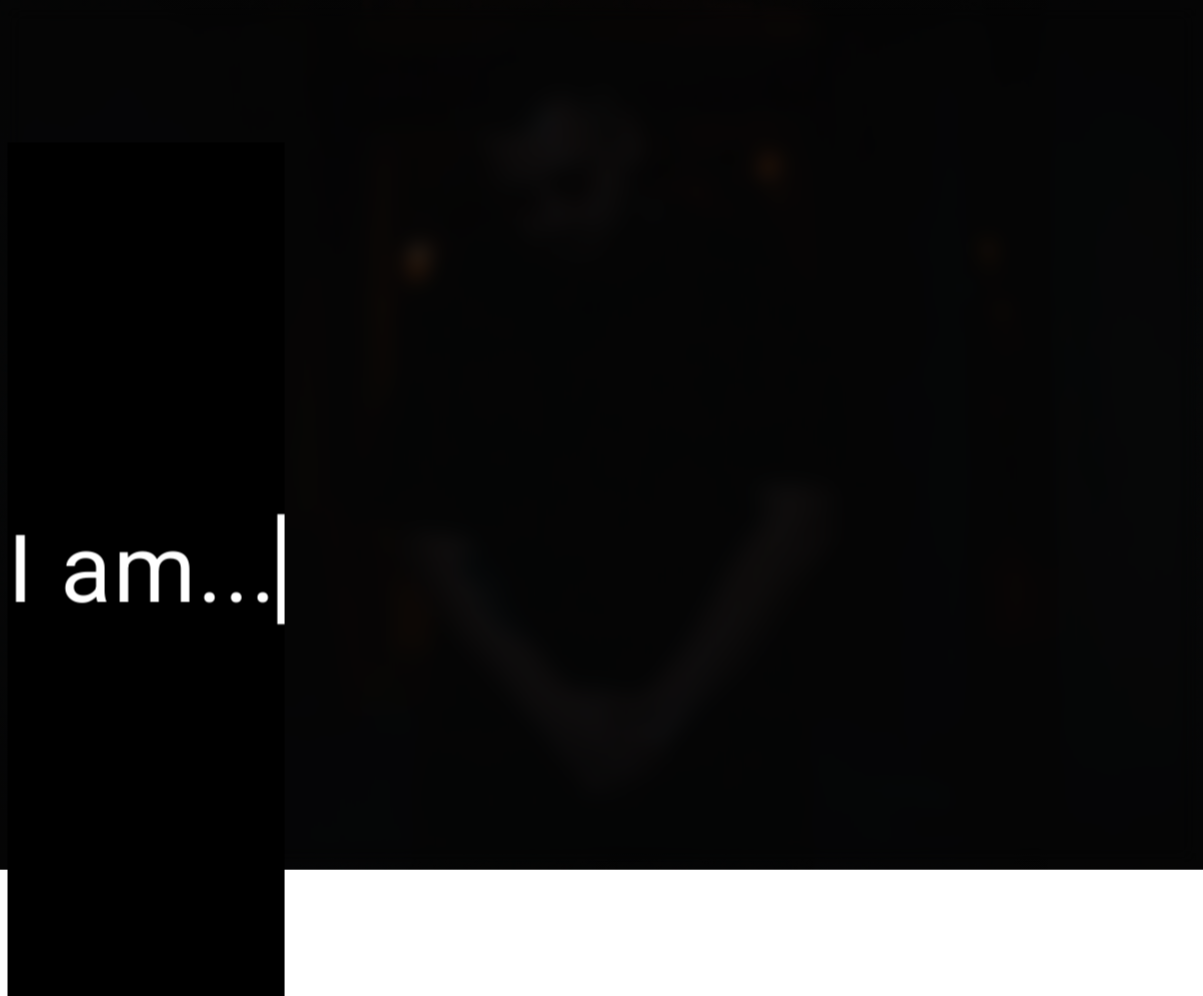
Repository: meywenz/mysite
Page: index.html
An editor plug-in stored every save of this project. The page is shown before and after the next save, followed by the edit.
The browser window is 1280 px wide. The pictures show the whole page, at 94% of full size.

Above is the page before, as saved 2021-04-11 15:46:00.

### index.html
<html lang="en">
<head>
    <link rel="preconnect" href="https://fonts.gstatic.com">
    <link href="https://fonts.googleapis.com/css2?family=Righteous&display=swap" rel="stylesheet">

<meta charset="UTF-8">
<meta name="viewport" content="width=device-width, initial-scale=1.0">
<link rel="stylesheet" href="styles.css">
<!-- <style>
        @import url('https://fonts.googleapis.com/css2?family=Roboto:ital@0;1&display=swap');
        @import url('https://fonts.googleapis.com/css2?family=Righteous&display=swap');
    </style> -->

<script src="typewriter.js"></script>
<title>Meywenz</title>
</head>
<body>
<!--
    <div class="container"> -->
        <!-- <video autoplay loop  class="vid">
            <source src="assets/fire.mov" type="video/mov">
        </video> -->
<!-- Profile picture-->
<img src="assets/image.jpg" alt="profile picture" class="profile-picture">
<!-- Profile name-->

<div class="hi">
    <a href="" class="typewrite" data-period="2000" data-type='[ "Hi.", "I am..."]'>
      <span class="wrap"></span>
    </a>
  </div>

<div class="profile-name">
    <img src="assets/meywenzlogo4.png" alt="Meywenz" class="logo-top">
</div>
<div class="bio">Your new favourite music producer.</div>
<!-- Links-->
<div class = "container_links">
    <div class="spotify"><a href="https://open.spotify.com/artist/48RV6cBeaOZcSaCCM6LlSH" class="links" id="left">SPOTIFY</a></div>
<div class="spotify"><a href="https://www.soundcloud.com/meywenz" class="links" id="right">SOUNDCLOUD</a></div>
<div class="spotify"><a href="https://www.instagram.com/meywenz/" class="links" id="left">INSTAGRAM</a></div>
<div class="spotify"><a href="https://www.facebook.com/meywenzmusic" class="links" id="right">FACEBOOK</a></div>
<div class="spotify"><a href="https://www.tidal.com/browse/artist/10154352" class="links"id="left">TIDAL</a></div>
<div class="spotify"><a href="https://www.music.youtube.com/channel/UCvvyjrYmoi0XRr_djBMh6Aw" class="links"id="right">YOUTUBE MUSIC</a></div>
    </div>
<!-- Logo -->
<div class="bottom-text">Made by <img src="assets/meywenzlogo4.png" alt="Meywenz" class="logo-bottom"> </div>
</div>
</body>
</html>

### styles.css
@import url("https://fonts.googleapis.com/css2?family=Roboto:ital@0;1&display=swap");
@import url("https://fonts.googleapis.com/css2?family=Righteous&display=swap");
* {
  font-family: "Roboto", "Open Sans";
}

body {
  background: linear-gradient(rgba(0, 0, 0, 0.8), rgba(0, 0, 0, 0.8)),
    url("./assets/bgc2.jpg");
  background-position: center top;
  background-size: 100% auto;
  background-repeat: no-repeat;
  backdrop-filter: blur(10px);
  -webkit-backdrop-filter: blur(10px);
  color: #fff;
  font-family: "Roboto", "Open Sans";
  font-size: 15px;
  letter-spacing: 2px;
  color: #fff;
  /* overflow: scroll; */
  background-size: cover;
  animation: fadeInFromNone 1s ease-out both;
  scrollbar-width: none; /* Firefox */
  -ms-overflow-style: none; /* IE 10+ */
}

body::-webkit-scrollbar {
  width: 0px;
  background: transparent; /* Chrome/Safari/Webkit */
}

img {
  border-radius: 50%;
}
.profile-picture {
  display: block;
  margin-left: auto;
  margin-right: auto;
  margin-top: auto;
  height: auto;
  max-width: 150px;
  animation-name: imageY, fadeInFromNone;
  animation-duration: 2s;
  opacity: 0;
  animation-delay: 6s;
  animation-fill-mode: forwards;

  /* opacity: 0;

  animation: fadeIn, imageY 3s;
  animation-delay: s;
  animation-fill-mode: forwards; */
}
.profile-name {
  font-family: "Roboto", sans-serif;
  text-align: center;
  padding: 30px;
  font-size: 1.5rem;
}
.bio {
  text-align: center;
  padding: 30px;
  animation-name: imageY2, fadeInFromNone;
  animation-duration: 3s;
  opacity: 0;
  animation-delay: 8s;
  animation-fill-mode: forwards;
}
/* .container_links{
  animation-name: fadeInFromNone;
  animation-duration: 3s;
  opacity: 0;
  animation-delay: 7s;
  animation-fill-mode: forwards;

} */

.links {
  text-align: center;
  padding: 1.5em 2.5em;
  border: 1px solid rgb(110, 110, 110);
  border-width: 2px;
  width: 25%;
  display: block;
  margin: 20px auto 0;
  border-radius: 15px;
  animation: fadeInFromNone 10s ease-out both;
  overflow-x: hidden;
}

#left {
  animation: linksX 1s ease-out both;
  animation-delay: 9s;
}

#right {
  animation: linksX2 1s ease-out both;
  animation-delay: 9s;
}

.spotify {
  animation: fadeInFromNone 7s;
  opacity: 0;
  animation-delay: 9s;
  animation-fill-mode: forwards;
}
.container_links {
  overflow-x: hidden;
}

a {
  text-decoration: none;
  color: white;
  transition: color 1s;
}

a:hover {
  color: #000;
  background: rgba(255, 255, 255, 0.75);
  box-shadow: 0 8px 32px 0 rgba(80, 80, 80, 0.37);
  backdrop-filter: blur(4px);
  -webkit-backdrop-filter: blur(4px);
}
.links:hover {
  text-align: center;
  padding: 1.5em 2.5em;
  border: 1px solid rgb(255, 255, 255);
  border-width: 2px;

  display: block;
  margin: 20px auto 0;
  border-radius: 15px;
  animation: fadeInFromNone 10s ease-out both;
}
.bottom-text {
  font-family: "Roboto", sans-serif;
  text-align: center;
  padding: 30px;
  font-size: 0.5rem;
  animation-name: imageY, fadeInFromNone;
  animation-duration: 10s;
  opacity: 0;
  animation-delay: 10s;
  animation-fill-mode: forwards;
}
.logo-bottom {
  max-height: 7px;
  border-radius: 5px;
  animation-name: imageY, fadeInFromNone;
  animation-duration: 10s;
  opacity: 0;
  animation-delay: 10s;
  animation-fill-mode: forwards;
}

.logo-top {
  /* padding: 30px; */
  max-height: 25%;
  border-radius: 0px;

  animation-name: imageY2, fadeInFromNone;
  animation-duration: 4s;
  opacity: 0;
  animation-delay: 6s;
  animation-fill-mode: forwards;
}

/* .vid {
  position: absolute;
  left: 50%;
  top: 50%;
  /* The following will size the video to fit the full container. Not necessary, just nice.*/
/* min-width: 100%;
  min-height: 100%;
  -webkit-transform: translate(-50%, -50%);
  -moz-transform: translate(-50%, -50%);
  -ms-transform: translate(-50%, -50%);
  transform: translate(-50%, -50%);
  z-index: 0;
} */

.hi {
  font-family: "Righteous", cursive;
  text-align: center;
  opacity: 1;
  /* color: #fff;
  display: grid
place-items: center */
  /* display: none; Hidden by default */
  position: absolute;
  /* z-index: 100; Sit on top */
  /* padding-top: 100px;
  left: 0px;
  top: 0px;
  width: 100%; /* Full width */
  height: 100%; /* Full height */
  overflow: auto; /* Enable scroll if needed */
  background-color: rgb(0, 0, 0); /* Fallback color */
  /* background-color: rgba(0,0,0,0.4); Black w/ opacity */
  font-size: 100px;
  display: flex;
  justify-content: center;
  align-items: center;
  animation: fadeOutFromFull 1s ease-out both;
  animation-delay: 5s;
}

@keyframes imageY {
  from {
    transform: translateY(20%);
  }
  to {
    transform: translateY(0%);
  }
}

@keyframes imageY2 {
  from {
    transform: translateY(10%);
  }
  to {
    transform: translateY(0%);
  }
}

@keyframes linksX {
  from {
    transform: translateX(100%);
  }
  to {
    transform: translateX(0%);
  }
}
@keyframes linksX2 {
  from {
    transform: translateX(-100%);
  }
  to {
    transform: translateX(0%);
  }
}

@-webkit-keyframes fadeInFromNone {
  0% {
    opacity: 0;
  }

  1% {
    opacity: 0;
  }

  100% {
    opacity: 1;
  }
}

@-moz-keyframes fadeInFromNone {
  0% {
    opacity: 0;
  }

  1% {
    opacity: 0;
  }

  100% {
    opacity: 1;
  }
}

@-o-keyframes fadeInFromNone {
  0% {
    opacity: 0;
  }

  1% {
    opacity: 0;
  }

  100% {
    opacity: 1;
  }
}

@keyframes fadeInFromNone {
  0% {
    opacity: 0;
  }

  1% {
    opacity: 0;
  }

  100% {
    opacity: 1;
  }
}
@-webkit-keyframes fadeOutFromFull {
  0% {
    opacity: 1;
  }

  1% {
    opacity: 1;
  }

  100% {
    opacity: 0;
  }
}

@-moz-keyframes fadeOutFromFull {
  0% {
    opacity: 1;
  }

  1% {
    opacity: 1;
  }

  100% {
    opacity: 0;
  }
}

@-o-keyframes fadeOutFromFull {
  0% {
    opacity: 1;
  }

  1% {
    opacity: 1;
  }

  100% {
    opacity: 0;
  }
}

@keyframes fadeOutFromFull {
  0% {
    opacity: 1;
  }

  1% {
    opacity: 1;
  }

  100% {
    opacity: 0;
  }
}

@keyframes fadeIn {
  from {
    opacity: 0;
  }
  to {
    opacity: 1;
  }
}

@media only screen and (max-width: 599px) {
  .logo-top {
    max-width: 75%;
  }
  .links {
    width: 75%;
  }
}
@media only screen and (min-width: 600px) {
  .links {
    width: 70%;
  }
}
@media only screen and (min-width: 900px) {
  .links {
    width: 50%;
  }
}
@media only screen and (min-width: 1200px) {
  .links {
    width: 25%;
  }
}
@media only screen and (min-width: 1800px) {
  .links {
    width: 25%;
  }
}

### typewriter.js
var TxtType = function (el, toRotate, period) {
  this.toRotate = toRotate;
  this.el = el;
  this.loopNum = 0;
  this.period = parseInt(period, 10) || 2000;
  this.txt = "";
  this.tick();
  this.isDeleting = false;
};

TxtType.prototype.tick = function () {
  var i = this.loopNum % this.toRotate.length;
  var fullTxt = this.toRotate[i];

  if (this.isDeleting) {
    this.txt = fullTxt.substring(0, this.txt.length - 1);
  } else {
    this.txt = fullTxt.substring(0, this.txt.length + 1);
  }

  this.el.innerHTML = '<span class="wrap">' + this.txt + "</span>";

  var that = this;
  var delta = 200 - Math.random() * 100;

  if (this.isDeleting) {
    delta /= 2;
  }

  if (!this.isDeleting && this.txt === fullTxt) {
    delta = this.period;
    this.isDeleting = true;
  } else if (this.isDeleting && this.txt === "") {
    this.isDeleting = false;
    this.loopNum++;
    delta = 500;
  }

  setTimeout(function () {
    that.tick();
  }, delta);
};

window.onload = function () {
  var elements = document.getElementsByClassName("typewrite");
  for (var i = 0; i < elements.length; i++) {
    var toRotate = elements[i].getAttribute("data-type");
    var period = elements[i].getAttribute("data-period");
    if (toRotate) {
      new TxtType(elements[i], JSON.parse(toRotate), period);
    }
  }
  // INJECT CSS
  var css = document.createElement("style");
  css.type = "text/css";
  css.innerHTML = ".typewrite > .wrap { border-right: 0.08em solid #fff}";
  document.body.appendChild(css);
};

After the next save:
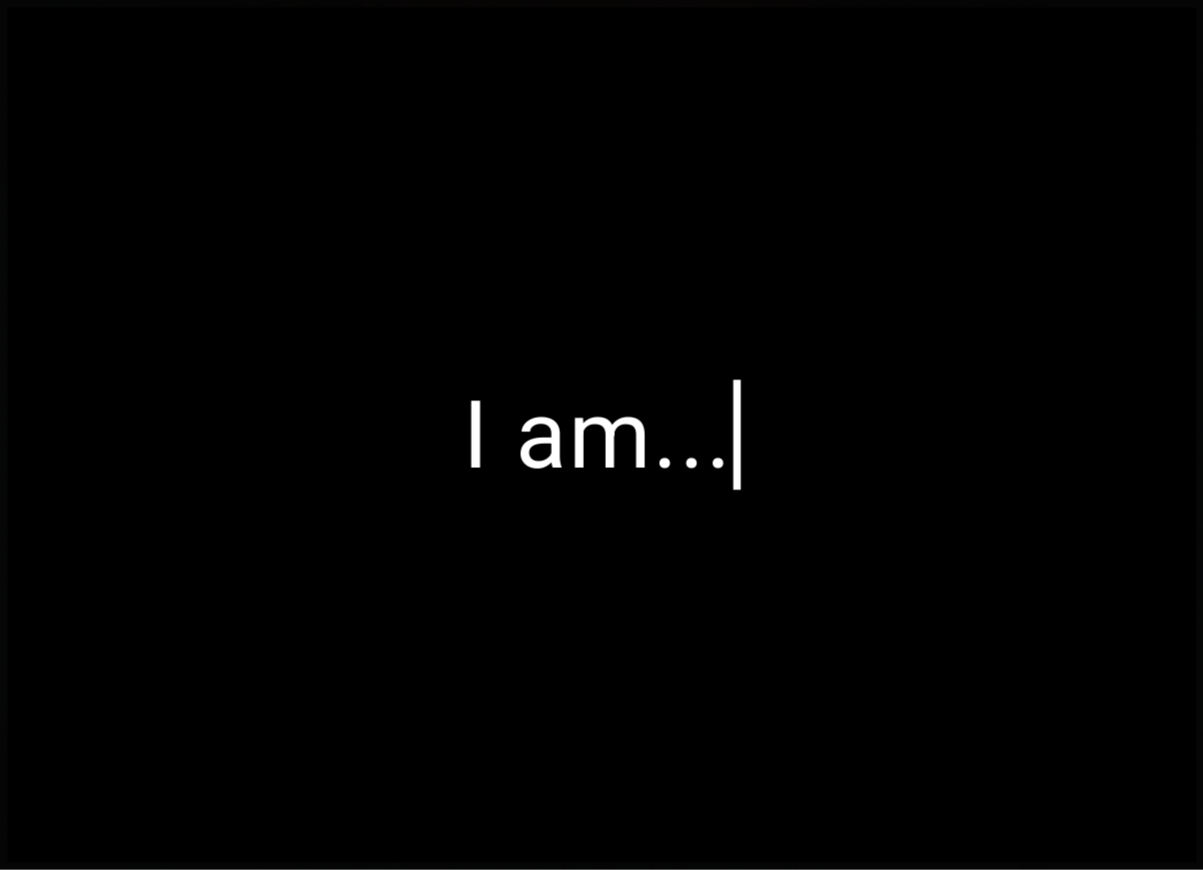
Saved 8 s later.
--- a/styles.css
+++ b/styles.css
@@ -189,7 +189,7 @@
   /* display: none; Hidden by default */
   position: absolute;
   /* z-index: 100; Sit on top */
-  /* padding-top: 100px;
+  /* padding-top: 100px; Location of the box */
   left: 0px;
   top: 0px;
   width: 100%; /* Full width */
